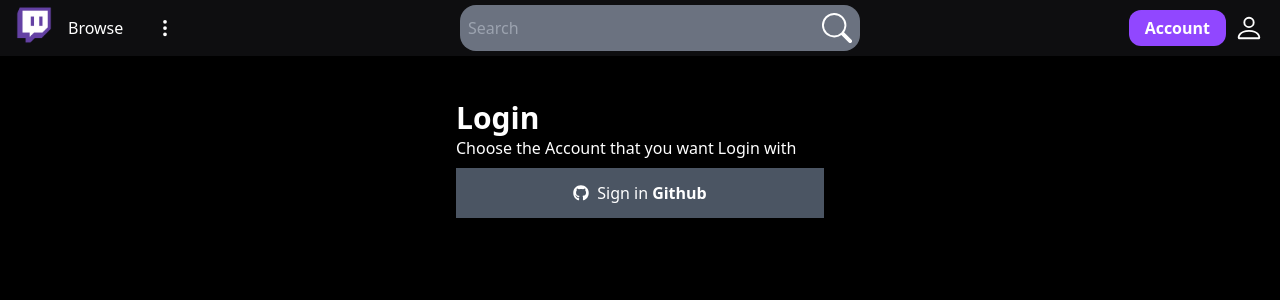
Repository: remydev47/twitch-clone
Page: /account
These files come from the project's save history. The page is drawn as it stood at one moment and after the next save; the edit follows.
The browser window is 1280 px wide. The pictures show the whole page.
The page's requests for data from a server got no answer. The project was rebuilt for these pictures with package versions that can differ from the ones it lists, and the page was loaded fresh each time. The framework's server and built-in components were replaced by stand-ins that run in the browser. No one was signed in, and anything a server would have sent is missing. Also part of the build but not shown: next.config.js.

Above is the page before, as saved 2022-07-27 14:01:29.

### pages/_app.js
import Navbar from '../components/Navbar';
import { SessionProvider } from "next-auth/react"
import '../styles/globals.css'

function MyApp({ session, Component, pageProps }) {
  return (
    <SessionProvider session={session}>
    <Navbar />
   <Component {...pageProps} />
  </SessionProvider>
  )
}

export default MyApp

### pages/account.js
import { useSession, signIn, signOut } from "next-auth/react"
import { FaGithub } from 'react-icons/fa'

const account = () => {
  const { data: session } = useSession()

  if (session) {
    return (
      <>
        Signed in as {session.user.email} <br />
        <button onClick={() => signOut()}>Sign out</button>
      </>
    )
  }
  return (
    <div className={styles.signIn}>
      <h2 className="text-3xl font-bold"> Login </h2>
      <p>Choose the Account that you want Login with</p>
      <button
       onClick={() => signIn()}
       className={styles.button}
       >
        <FaGithub className="mr-2"/>
        Sign in
        <span className={styles.github}>
            Github
        </span>
    </button>
    </div>
  )
}

export default account;
const styles = {
    signIn:`pt-[100px] flex flex-col max-w-[400px] w-full mx-auto p-4`,
    github:`font-bold pl-1`,
    button:`flex items-center justify-center bg-gray-600 p-3 my-2 border border-gray-600 `
}

### components/Navbar.js
import React, { Fragment } from 'react'
import Link from 'next/link'
import Image from 'next/image'
import Logo from '../public/assets/logo.png'
import { BsPerson, BsSearch, BsThreeDotsVertical } from 'react-icons/bs';
import { AiOutlineMenu, AiOutlineClose } from 'react-icons/ai';
import { Menu, Transition } from '@headlessui/react'
import { useState } from 'react'


function classNames(...classes) {
  return classes.filter(Boolean).join('')
}

const Navbar = () => {

  const [nav, setNav] = useState(true)

  const handleNav = () => {
    setNav(!nav)
  }

  return (
    <div className={styles.container}>
      {/* Left Bar */}
      <div className={styles.leftWrapper}>
        <Link href="/">
          <a>
            <Image
              alt="/"
              src={Logo}
              height={36}
              width={36}
              className='cursor-pointer z-10'
            />
          </a>
        </Link>
        <p className='p-4'>Browse</p>
        <div className='p-4'>
        <Menu as='div' className='relative text-left'>
            <div className='flex'>
              <Menu.Button>
                <BsThreeDotsVertical size={20} />
              </Menu.Button>
            </div>

            <Transition
              as={Fragment}
              enter='transition ease-out duration-100'
              enterFrom='transform opacity-0 scale-95'
              enterTo='transform opacity-100 scale-100'
              leave='transition ease-in duration-75'
              leaveFrom='transform opacity-100 scale-100'
              leaveTo='transform opacity-0 scale-95'
            >
              <Menu.Items className='origin-top-right absolute left-0 mt-2 w-56 rounded-md shadow-lg bg-[#0e0e10] ring-1 ring-white ring-opacity-5 focus:outline-none'>
                <div className='py-1'>
                  <Menu.Item>
                    {({ active }) => (
                      <a
                        href='#'
                        className={classNames(
                          active
                            ? 'bg-gray-500 text-gray-100'
                            : 'text-gray-200',
                          'block px-4 py-2 text-sm'
                        )}
                      >
                        Settings
                      </a>
                    )}
                  </Menu.Item>
                  <Menu.Item>
                    {({ active }) => (
                      <a
                        href='#'
                        className={classNames(
                          active
                            ? 'bg-gray-500 text-gray-100'
                            : 'text-gray-200',
                          'block px-4 py-2 text-sm'
                        )}
                      >
                        Support
                      </a>
                    )}
                  </Menu.Item>
                  <Menu.Item>
                    {({ active }) => (
                      <a
                        href='#'
                        className={classNames(
                          active
                            ? 'bg-gray-500 text-gray-100'
                            : 'text-gray-200',
                          'block px-4 py-2 text-sm'
                        )}
                      >
                        License
                      </a>
                    )}
                  </Menu.Item>
                </div>
              </Menu.Items>
            </Transition>
          </Menu>
       </div>
      </div>
      {/* Middlebar */}
      <div className={styles.middleContainer}>
        <div className={styles.middleWrapper}>
          <div>
            <input
               type="text"
               placeholder='Search'
               className={styles.input}
             />
          </div>
          <div>
            <BsSearch size={30} />
          </div>
        </div>
      </div>
      {/* Rightside */}
      <div className={styles.rightContainer}>
        <div className={styles.rightWrapper}>
          <Link href="/account">
            <button className={styles.accountContainer}>
              Account
            </button>
          </Link>
          <BsPerson size={30}/>
        </div>
      </div>
      {/* Humburger Menu */}
      <div
      onClick={handleNav}
        className={styles.menuItem}
      >
       {nav ? <AiOutlineClose size={25} /> :  <AiOutlineMenu size={25}/>}
      </div>
      {/* Mobile Menu */}
     <div
       className={
        nav
         ? styles.mobileContainer1
         : styles.mobileContainer2
       }
     >
      <ul className='text-center'>
        <li className={styles.homestyles}>
          <Link href="/">Home</Link>
        </li>
        <li className={styles.homestyles}>
          <Link href="/">Live Channels</Link>
        </li>
        <li className={styles.homestyles}>
          <Link href="/">Top Categories</Link>
        </li>
        <li className={styles.homestyles}>
          <Link href="/account">Account</Link>
        </li>
      </ul>
     </div>

    </div>
  )
}

export default Navbar

const styles ={
    container:`fixed h-14 w-full flex flex-nowrap items-center p-4 bg-[#0e0e10] mb-[2px] z-10`,
    leftWrapper:`flex grow items-center justify-start`,
    middleContainer:`hidden md:flex grow-[2] justify-center item-center`,
    middleWrapper:`flex bg-gray-500 text-white justify-between items-center max-w-[400px] w-full m-auto p-2 rounded-2xl`,
    input:`bg-transparent border-none text-white focus:outline-none`,
    rightContainer:`hidden md:flex grow items-center justify-end`,
    rightWrapper:`flex items-center`,
    accountContainer:`px-4 py-[6px] font-bold rounded-xl bg-[#9147FF] mr-2`,
    mobileContainer1: `md:hidden fixed top-0 left-0 w-full h-screen bg-[#0e0e10] flex justify-center items-center ease-in duration-300`,
    mobileContainer2: `md:hidden fixed top-[-100%] left-0 w-full h-screen bg-[#0e0e10] flex justify-center items-center ease-in duration-300`,
    homestyles:`p-4 text-3xl font-bold`,
    menuItem:`block md:hidden z-10 cursor-pointer`
}

### styles/globals.css
@tailwind base;
@tailwind components;
@tailwind utilities;

html {
  @apply bg-black text-white
}

Loaded but not shown: tailwind.config.js (common file)

After the next save:
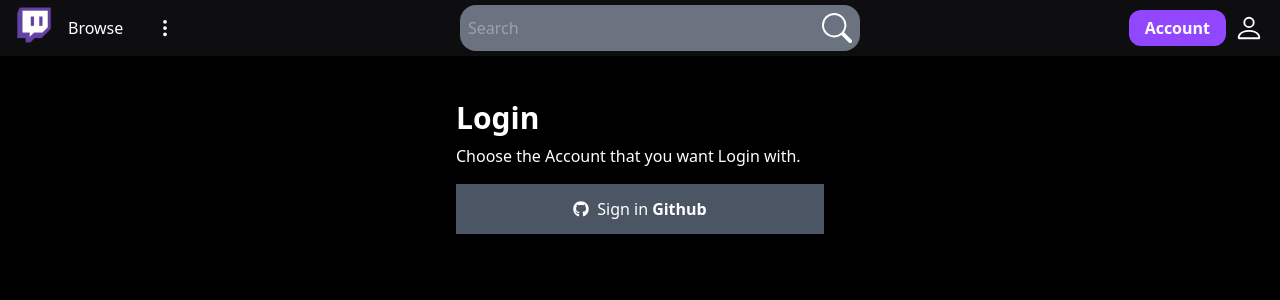
Saved 32 s later.
--- a/pages/account.js
+++ b/pages/account.js
@@ -15,7 +15,7 @@
   return (
     <div className={styles.signIn}>
       <h2 className="text-3xl font-bold"> Login </h2>
-      <p>Choose the Account that you want Login with</p>
+      <p className="py-2">Choose the Account that you want Login with.</p>
       <button
        onClick={() => signIn()}
        className={styles.button}
